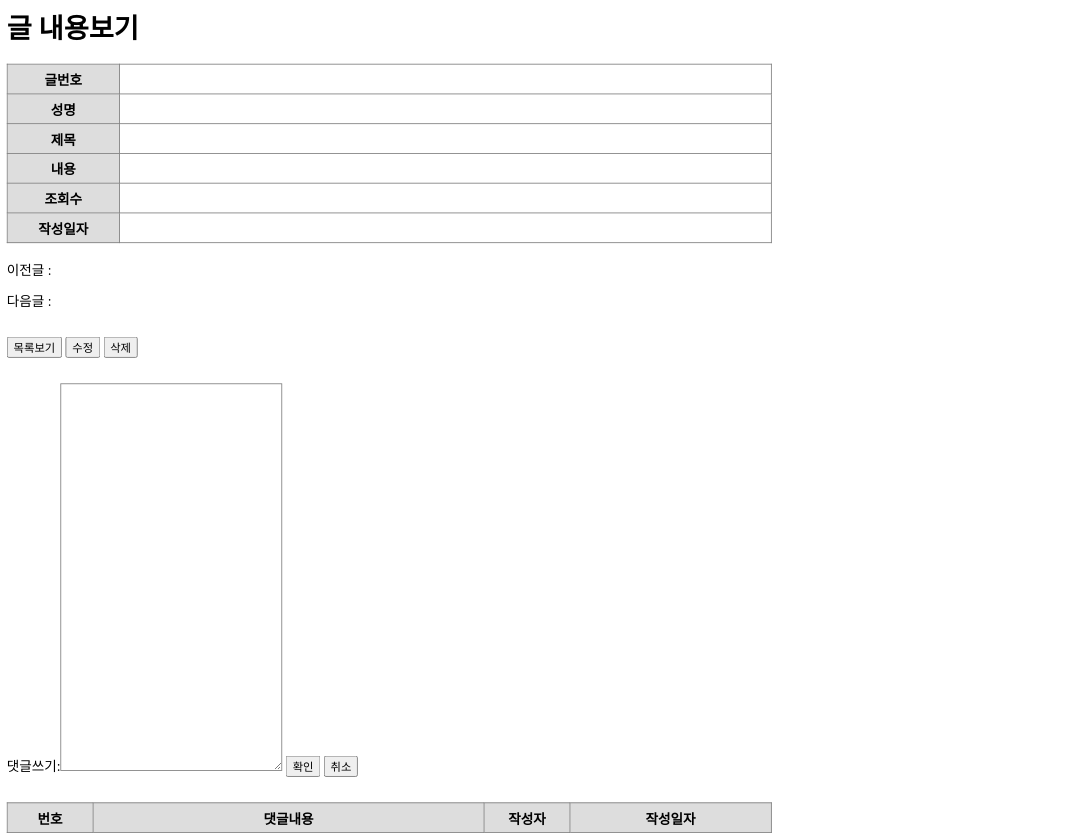
Repository: gold37/Spring
Page: http://localhost/Board/WEB-INF/views/tiles1/board/view.jsp
These files come from the project's save history. The page is drawn as it stood at one moment and after a run of saves; the edit follows.
The browser window is 1280 px wide. The pictures show the whole page, at 85% of full size.
The page is served by Tomcat 9. Nobody is signed in. The template is opened directly, without the code that normally fills it, so the values that code supplies are empty.

Above is the page before, as saved 2020-07-17 06:46:19.
Console error: ReferenceError: $ is not defined

After the next 2 saves:
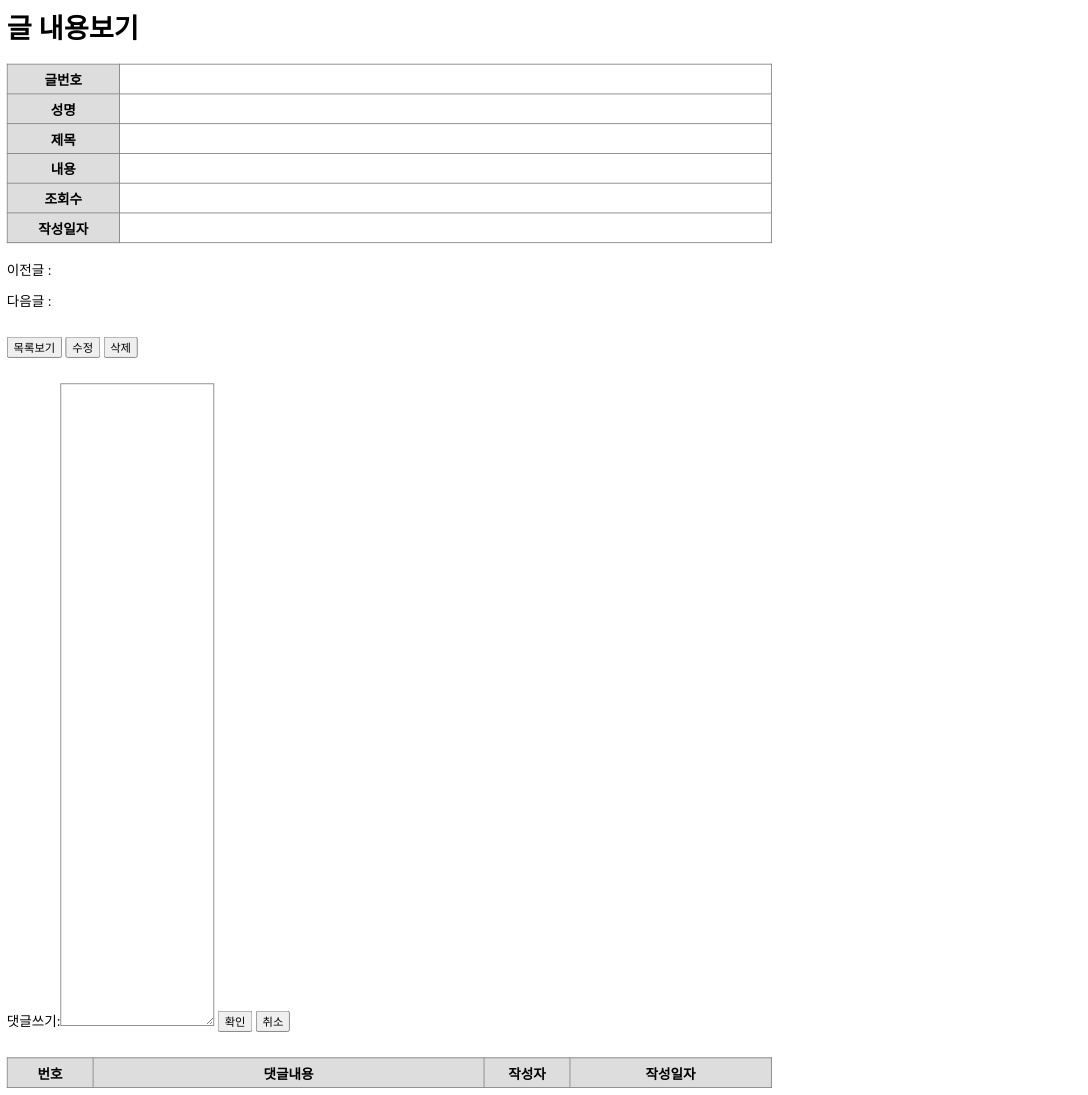
The 2 saves are shown as one change because they came seconds apart.
The last was saved 13 s later.
--- a/springworkspace/Board/src/main/webapp/WEB-INF/views/tiles1/board/view.jsp
+++ b/springworkspace/Board/src/main/webapp/WEB-INF/views/tiles1/board/view.jsp
@@ -96,7 +96,7 @@ a {text-decoration: none !important;}
 
 
 	<div style="margin-top: 30px;">
-		댓글쓰기:<textarea rows="30" cols="30"></textarea>
+		댓글쓰기:<textarea rows="50" cols="20"></textarea>
 		<button>확인</button>
 		<button>취소</button>
 	</div>
